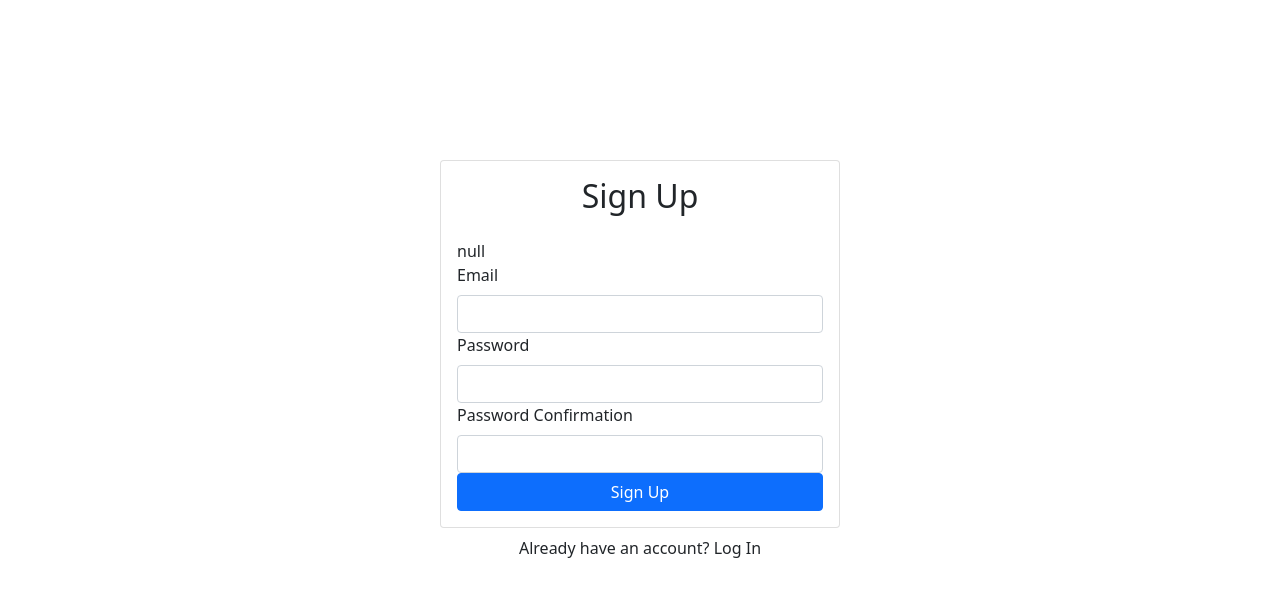
Repository: JaydenTianranYang/EsolApp
Page: /signup
The author's editor kept a copy of each file at every save. The page is drawn from the files as they stood at one save, then again after the next save.
The browser window is 1280 px wide. The pictures show the whole page.
The project was rebuilt for these pictures with package versions that can differ from the ones it lists, and the page was loaded fresh each time.

Above is the page before, as saved 2022-04-06 23:34:31.

### src/index.js
import React from 'react';
import ReactDOM from 'react-dom';
import './index.css';
import App from './components/App';
import reportWebVitals from './reportWebVitals';
import "bootstrap/dist/css/bootstrap.min.css"

ReactDOM.render(
  <React.StrictMode>
    <App />
  </React.StrictMode>,
  document.getElementById('root')
);

// If you want to start measuring performance in your app, pass a function
// to log results (for example: reportWebVitals(console.log))
// or send to an analytics endpoint. Learn more: https://bit.ly/CRA-vitals
reportWebVitals();

### src/components/App.js
import React from 'react'
import Signup from './Signup'
import { Container } from 'react-bootstrap'
import { AuthProvider } from '../contexts/AuthContext';

function App() {
  return (
    <AuthProvider>
      <Container className="d-flex align-items-center justify-content-center"
        style={{ minHeight: "100vh" }}
      >
        <div className="w-100" style={{ maxWidth: "400px" }}>
          <Signup />
        </div>
      </Container>
    </AuthProvider>
  )
}

export default App;

### src/components/Signup.js
import React, { useRef, useState } from 'react'
import { Form, Button, Card, Alert } from 'react-bootstrap'
import { useAuth } from '../contexts/AuthContext'

export default function Signup() {
    const emailRef = useRef()
    const passwordRef = useRef()
    const passwordConfirmRef = useRef()
    const { signup, currentUser } = useAuth()
    const [error, setError] = useState('')
    const [loading, setLoading] = useState(false)

    async function handleSubmit(e) {
        e.preventDefault()
        if (passwordRef.current.value !== passwordConfirmRef.current.value){
            return setError('Password do not match')
        }

        try{
            setError('')
            setLoading(true)
            await signup(emailRef.current.value, passwordRef.current.value)
        } catch {
            setError('Failed to create an account')
        }
        setLoading(false)
    }

    return (
        <>
            <Card>
                <Card.Body>
                    <h2 className="text-center mb-4">Sign Up</h2>
                    {JSON.stringify(currentUser)}
                    {error && <Alert varaint="danger">{error}</Alert>}
                    <Form onSubmit={handleSubmit}>
                        <Form.Group id="email">
                            <Form.Label>Email</Form.Label>
                            <Form.Control type="email" ref={emailRef} required />
                        </Form.Group>
                        <Form.Group id="password">
                            <Form.Label>Password</Form.Label>
                            <Form.Control type="password" ref={passwordRef} required />
                        </Form.Group>
                        <Form.Group id="password-confirm">
                            <Form.Label>Password Confirmation</Form.Label>
                            <Form.Control type="password" ref={passwordConfirmRef} required />
                        </Form.Group>
                        <Button disabled={loading} className="w-100" type="submit">Sign Up</Button>
                    </Form>
                </Card.Body>
            </Card>
            <div className="w-100 text-center mt-2">
                Already have an account? Log In
            </div>
        </>
    )
}

### src/contexts/AuthContext.js
import React, { useContext, useState, useEffect } from 'react'
import { auth } from '../firebase'

const AuthContext = React.createContext()

export function useAuth() {
    return useContext(AuthContext)
}

export function AuthProvider({ children }) {
    const [currentUser, setCurrentUser] = useState()

    function signup(email, password) {
        return auth.createUserWithEmailAndPassword(email, password)
    }

    useEffect(() => {
        const unsubscribe = auth.onAuthStateChanged(user => {
            setCurrentUser(user)
        })

        return unsubscribe
    }, [])



    const value = {
        currentUser,
        signup
    }

    return (
        <AuthContext.Provider value={value}>
            {children}
        </AuthContext.Provider>
    )
}

### src/firebase.js
import firebase from "firebase/compat/app"
import "firebase/compat/auth"

const app = firebase.initializeApp({
    apiKey: process.env.REACT_APP_FIREBASE_API_KEY,
    authDomain: process.env.REACT_APP_FIREBASE_AUTH_DOMAIN,
    projectId: process.env.REACT_APP_FIREBASE_PROJECT_ID,
    storageBucket: process.env.REACT_APP_FIREBASE_STORAGE_BUCKET,
    messagingSenderId: process.env.REACT_APP_FIREBASE_MESSAGING_SENDER_ID,
    appId: process.env.REACT_APP_FIREBASE_APP_ID
})

export const auth = app.auth()
export default app

Loaded but not shown: public/index.html (common file); src/index.css (common file); src/reportWebVitals.js (common file)

After the next save:
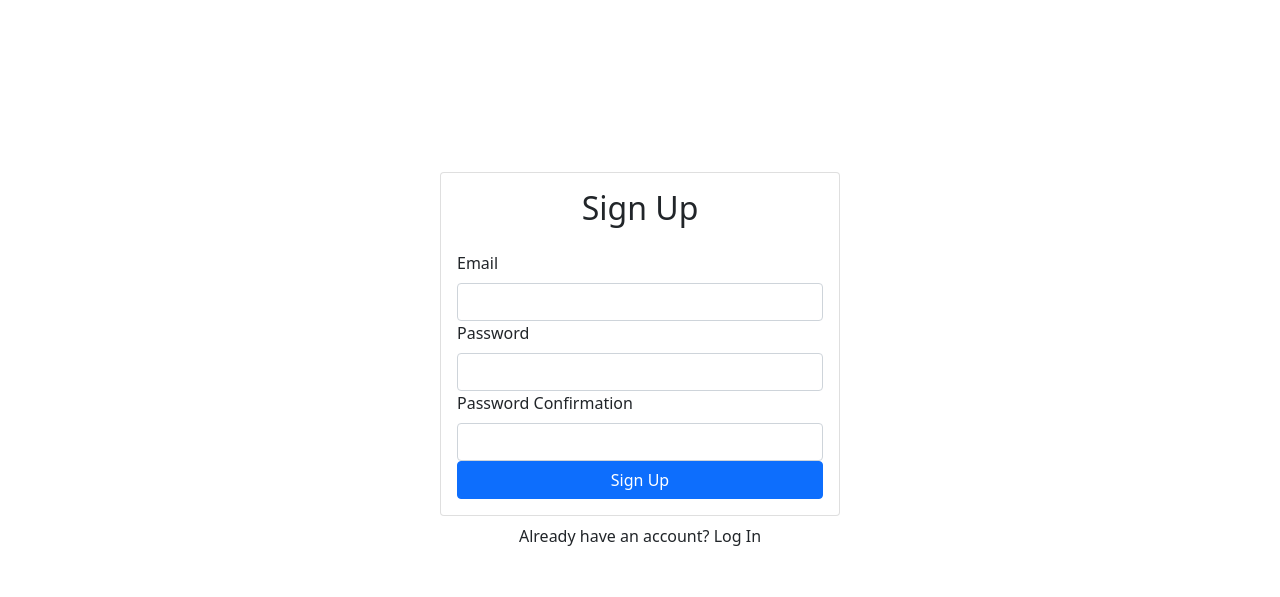
Saved 18 min 19 s later.
--- a/src/components/Signup.js
+++ b/src/components/Signup.js
@@ -31,7 +31,7 @@
             <Card>
                 <Card.Body>
                     <h2 className="text-center mb-4">Sign Up</h2>
-                    {JSON.stringify(currentUser)}
+                    {currentUser && currentUser.email}
                     {error && <Alert varaint="danger">{error}</Alert>}
                     <Form onSubmit={handleSubmit}>
                         <Form.Group id="email">
